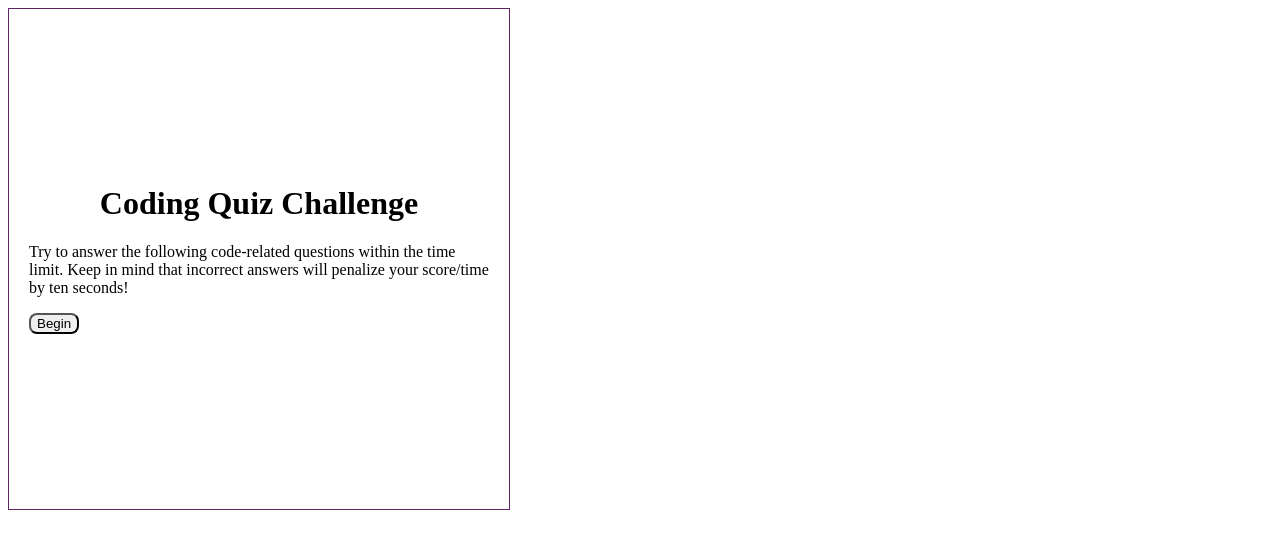
Repository: brenhamp/code-quiz
Page: index.html
The author's editor kept a copy of each file at every save. The page is drawn from the files as they stood at one save, then again after the next save.
The browser window is 1280 px wide. The pictures show the whole page.

Above is the page before, as saved 2021-11-28 20:55:37.

### index.html
<!DOCTYPE html>
<html lang="en">
<head>
    <meta charset="UTF-8">
    <meta http-equiv="X-UA-Compatible" content="IE=edge">
    <meta name="viewport" content="width=device-width, initial-scale=1.0">
    <link rel="stylesheet" type="text/css" href="assets/css/style.css">

    <title>Code Quiz</title>

</head>
<body>

    <div id="wrapper">
        <div id="timer">        </div>
            <div id="questionsDiv">
                <h1>Coding Quiz Challenge</h1>
                <p>
                 Try to answer the following code-related questions within the time limit.
                  Keep in mind that incorrect answers will penalize your score/time by ten seconds!

                   <ul id="choiceList"></ul>

                   <button id="startQuiz">Begin</button>
                 </p>
            </div>

    </div>

    <script src="assets/js/quiz.js"></script>
</body>
</html>

### assets/css/style.css
:root {
    --primary-color: rgba(86, 25, 88, 0.938);
    --secondary-color: rgb(102, 102, 102);
}

        #wrapper {
            position: center;
            justify-content: center;
            align-content: center;
            width: 500px;
            height: 500px;
            border: 1px solid var(--primary-color);
        }
        #startTime {
            background-color: var(--primary-color);
            margin-left: 33%;
            padding: 15px 32px;
            font-size: 20px;
            color: white;
        }
        #questionsDiv {
            margin: 20px;
        }

        #currentTime {
            float: right;
        }

        #goBack {
            background-color: var(--primary-color);
            position: relative;
            padding: 10px;
            font-size: 20px;
            color: white;
            top: 30%;
            left: 55%;
            width: auto;
            text-align: center;
            text-decoration: none;
        }



        #clear {
            background-color: var(--secondary-color);
            position: relative;
            padding: 10px;
            font-size: 20px;
            color: white;
            top: 30%;
            right: 5%;
            text-align: center;
        }

        button {
            border-radius: 8px;
        }

        textarea {
            width: 90%;
            margin: 20px;
        }

        #submitButton {
            background-color: var(--primary-color);
            margin-left: 33%;
            padding: 15px 32px;
            font-size: 20px;
            color: white;
        }

        label {
            margin-right: 10px;
        }
        input {
            margin-bottom: 20px;
            width: 50%;
            border: 1px solid var(--secondary-color);
        }

        h1 {
            text-align: center;
        }

        li {
            background-color: rgb(88, 3, 88);
            margin-top: 10px;
            padding: 5px 15px;
            width: 80%;
            font-size: 18px;
            color: white;
        }

        #responseDiv {
            margin-top: 20px;
            border-top: 1px solid var(--secondary-color);
        }

### assets/js/quiz.js
// array for questions

var questions = [
    {
        question: "What can be stored in an array in JavaScript?",
        choices: ["a. strings", "b. boolean values", "c. other arrays", "d. all of the above"],
        answer: "d. all of the above"

    },

    {
        question: "String values can be denoted by enclosing them in _____.",
        choices: ["a. square braces", "b. curly braces", "c. quotation marks", "d. parentheses"],
        answer: "c. quotation marks"
    },

    {
        question: "What is the difference between == and === in JavaScript?",
        choices: ["a. == checks for value equality, === checks for value and type equality", "b. == checks for type equality, === checks for value and type equality", "c. both of them check for value and type equality, and they function the same", "d. none of the above"],
        answer: "a. == checks for value equality, === checks for value and type equality"
    },

    {
        question: "How do you add a single-line comment in JavaScript?",
        choices: ["a. <!--comment--!>", "b. //comment", "c. /*comment*/", "d. #comment"],
        answer: "b. //comment"
    },

    {
        question: "Which of the following is an example of a DOM event?",
        choices: ["a. click", "b. load", "c. drag", "d. all of the above"],
        answer: "d. all of the above"
    }
];

//contains the score and keeps track of questions asked
var score = 0;
var quizIndex = 0;

// grab elements from HTML

var currentTime = document.querySelector("#timer");
var startQuiz = document.querySelector("#startQuiz");
var questionsDiv = document.querySelector("#questionsDiv");
var wrapper = document.querySelector("#wrapper");

//60 seconds for quiz time
var timeLeft = 61;

//interval time
var intervalTime = 0;

//deduct 5 seconds for wrong answers
var timePenalty = 5;


//timer function

startQuiz.addEventListener("click", function () {
    if (intervalTime === 0) {
        intervalTime = setInterval(function () {
            timeLeft--;
            currentTime.textContent = "Time: " + timeLeft;

            if (timeLeft <= 0) {
                clearInterval(setInterval);
                finishedQuiz ();
                currentTime.textContent = "Time's up!";
            }
    }, 1000);
    }
    render(quizIndex);
});

//creates new unordered lists
var ulCreator = document.createElement ("ul");


//writes questions and choices to the page
function render(quizIndex) {
    //make sure these elements are empty
    questionsDiv.innerHTML = "";
    ulCreator.innerHTML = "";

    for (var i = 0; i < questions.length; i++) {
        var userQuestion = questions[quizIndex].question;
        var userChoices = questions[quizIndex].choices;
        questionsDiv.textContent = userQuestion;
    }

    userChoices.forEach(function (newItem) {
        var listItem = document.createElement("li");
        listItem.textContent = newItem;
        questionsDiv.appendChild(ulCreator);
        ulCreator.appendChild(listItem);
        listItem.addEventListener("click", (grade));
    })
    };

// grade user's selected choice against contents of "answer"
function grade(event) {
    var userAnswer = event.target;

    if(userAnswer.matches("li")) {
        var divCreator = document.createElement("div");
        divCreator.setAttribute("id", "responseDiv");

        //if user's choice matches the answer
        if (userAnswer.textContent == questions[quizIndex].answer) {
            //increase their score
            score++;
            //notify user
            divCreator.textContent = "Correct! The answer is: " + questions[quizIndex].answer;
        }

        //If user is wrong
        else {
            //penalize their time
            timeLeft = timeLeft - timePenalty;
            //notify
            divCreator.textContent = "Wrong! The correct answer is: " + questions[quizIndex].answer;

        }
    }

    //advance to next question

    quizIndex++;

    //finish quiz when questions run out
    if (quizIndex >= questions.length) {
        finishedQuiz ();
        divCreator.textContent = "End of quiz!" + " " + "You got " + score + "/" + questions.length + " correct!";
    }
    else {
        render(quizIndex);
    }
    questionsDiv.appendChild(divCreator);
}


//create landing page when the user finishes the quiz
function finishedQuiz () {
    questionsDiv.innerHTML = "";
    currentTime.innerHTML = "";

       // create h1 to signal to the user the quiz is done
       var h1Creator = document.createElement("h1");
       h1Creator.setAttribute("id", "h1Creator");
       h1Creator.textContent = "All Done!"

       questionsDiv.appendChild(h1Creator);

       //p element to hold final score
       var paragraphCreator = document.createElement("p");
       paragraphCreator.setAttribute("id", "createdParagraph");

       questionsDiv.appendChild(paragraphCreator);

       if (timeLeft >= 0) {
           var timeRemaining = timeLeft;
           var paragraphCreator2 = document.createElement("p");
           paragraphCreator2.setAttribute("id", "createdParagraph2");
           clearInterval(intervalTime);
           createdParagraph.textContent = "Your final score is: " + timeRemaining;
           questionsDiv.appendChild(paragraphCreator2);
       }

       //label for user's initials
       var labelCreator = document.createElement("label");
       labelCreator.setAttribute("id", "createdLabel");
       labelCreator.textContent = "Please enter your initials: ";

       questionsDiv.appendChild(labelCreator);

       //input for user to enter their initials
       var inputCreator = document.createElement("input");
       inputCreator.setAttribute("type", "text");
       inputCreator.setAttribute("id", "initial")
       inputCreator.textContent = "";

       questionsDiv.appendChild(inputCreator);

       //submit button
       var submitButton = document.createElement("button");
       submitButton.setAttribute("type", "text");
       submitButton.setAttribute("id", "submitButton");

       questionsDiv.appendChild(submitButton);

       //local storage for initials and score
       submitButton.addEventListener("click", function () {
           var initials = inputCreator.value;

           if (initials === null) {
               alert("No value entered!");
           }

           else {
               var finalScore = {initials: initials, score: timeRemaining};
               var highScores = localStorage.getItem("highScores");
               if (highScores === null) {
                   highScores = [];
               }
               else {
                   highScores = JSON.parse(highScores);
               }
               highScores.push(finalScore);
               var newScore = JSON.stringify(highScores);
               localStorage.setItem("highScores", newScore);
               window.location.replace ("./HighScores.html");
           }
       });

}

After the next save:
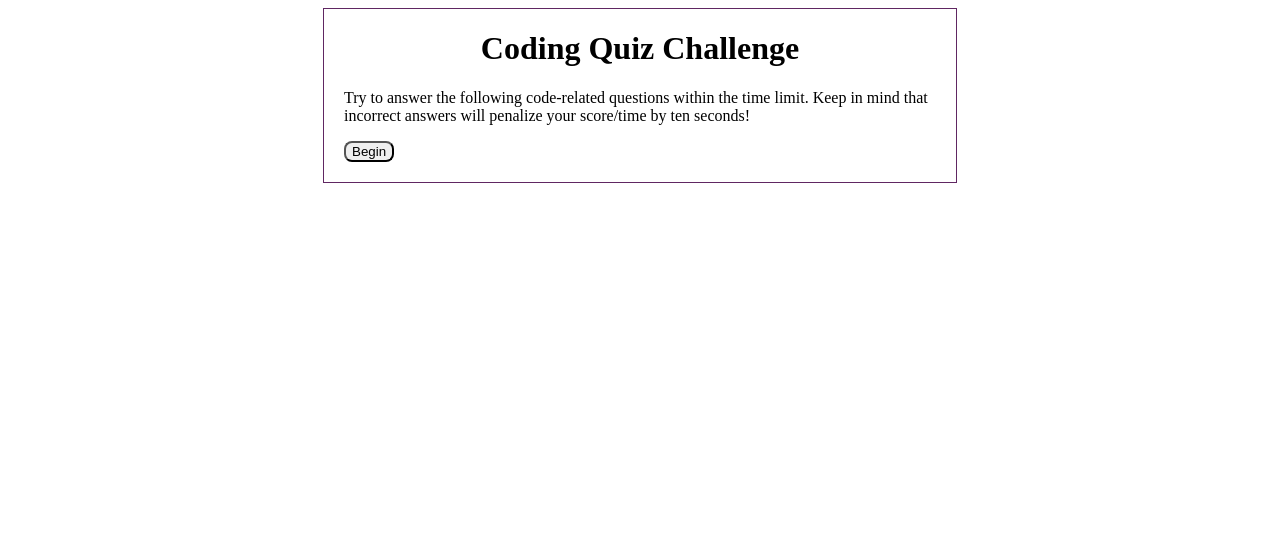
Saved 44 s later.
--- a/assets/css/style.css
+++ b/assets/css/style.css
@@ -7,8 +7,9 @@
             position: center;
             justify-content: center;
             align-content: center;
-            width: 500px;
-            height: 500px;
+            margin: auto;
+            width: 50%;
+            height: 50%;
             border: 1px solid var(--primary-color);
         }
         #startTime {
